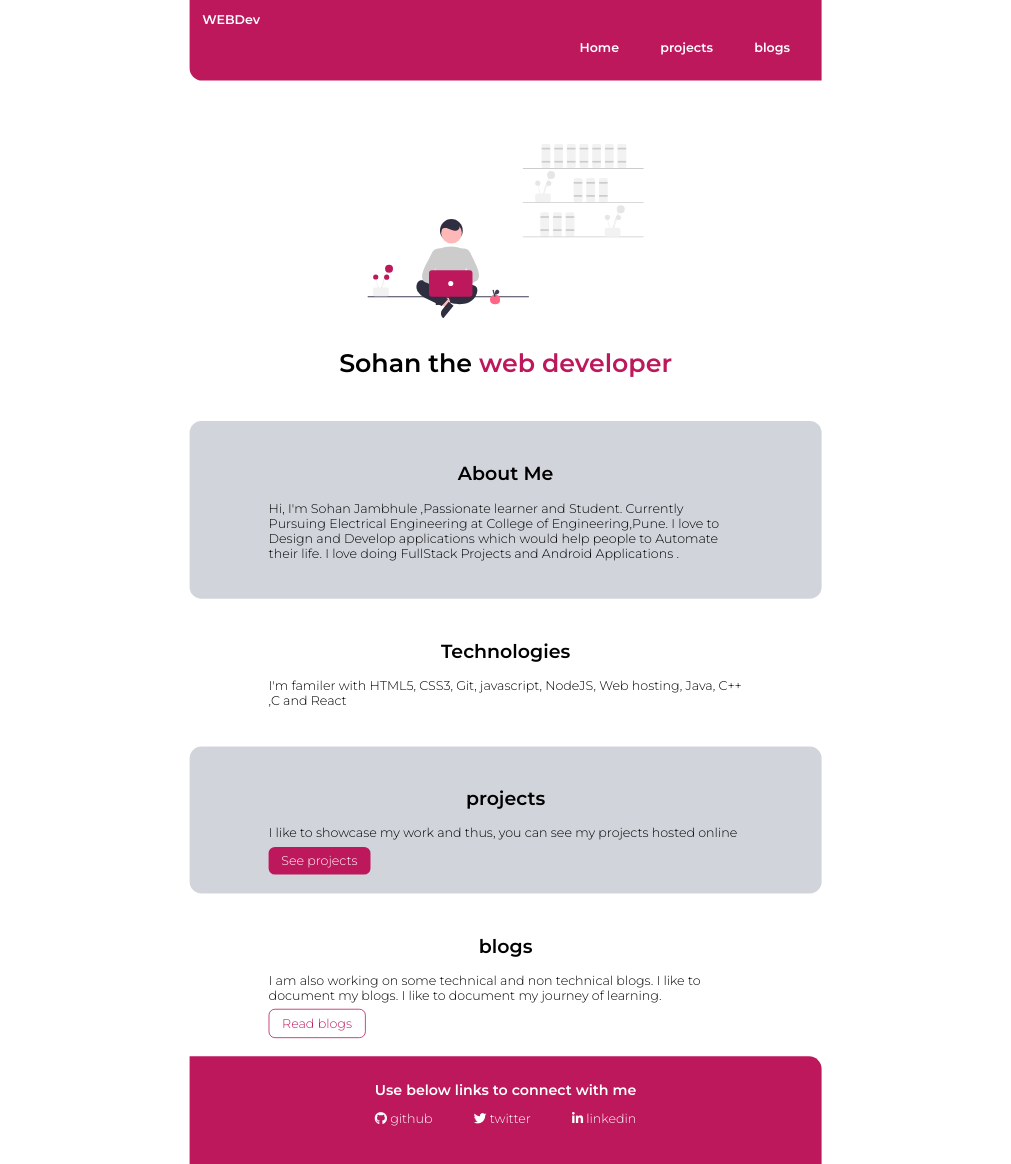
Repository: sohan2503001/Portfolio
Page: index.html
These files come from the project's save history. The page is drawn as it stood at one moment and after the next save; the edit follows.
The browser window is 1280 px wide. The pictures show the whole page, at 79% of full size.

Above is the page before, as saved 2021-04-22 01:20:29.

After the next save:
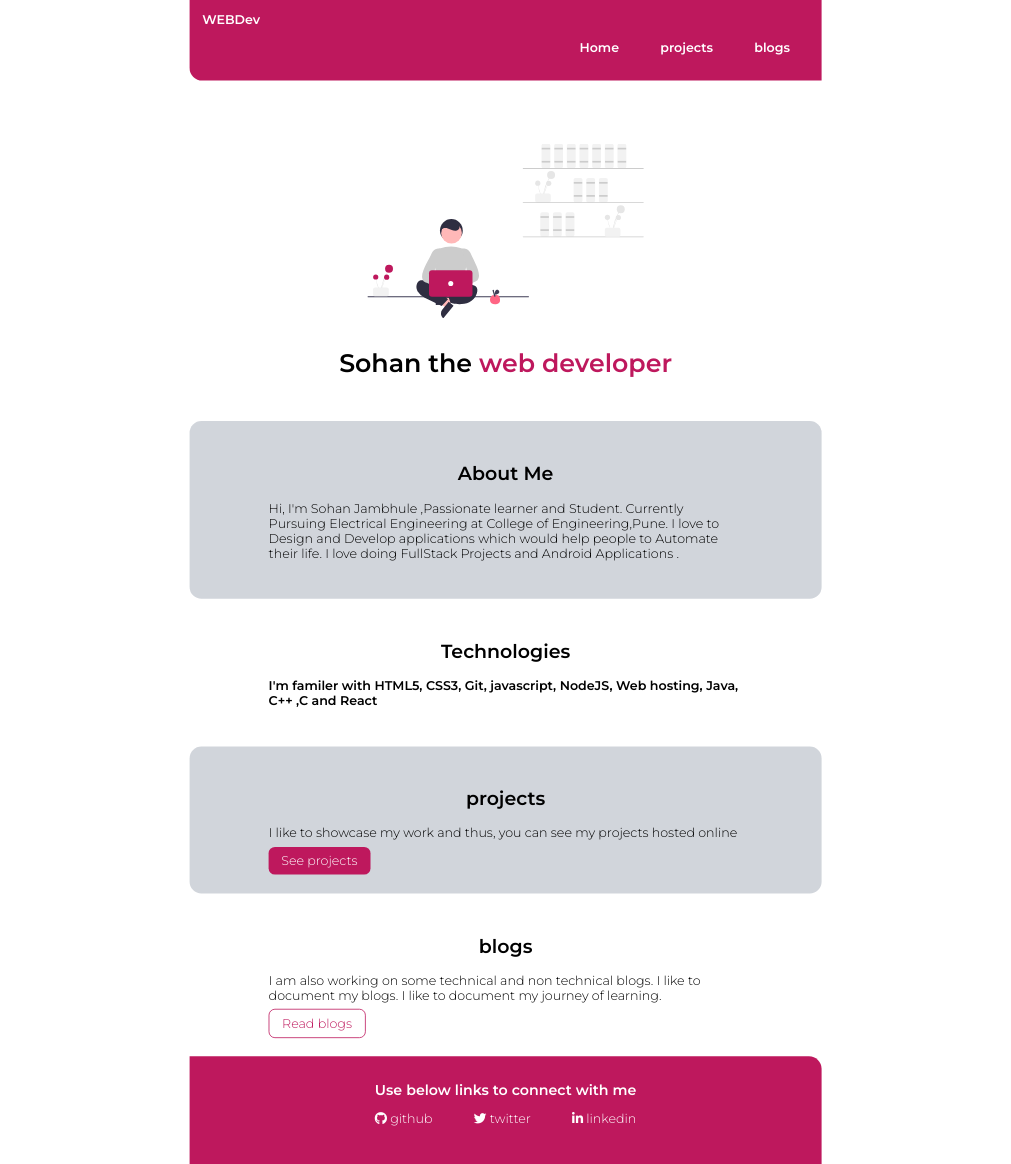
Saved 5 s later.
--- a/index.html
+++ b/index.html
@@ -50,7 +50,7 @@
   <section class="section">
     <div class="container container-center">
       <h1>Technologies</h1>
-      <p style="font-weight: 500;">
+      <p style="font-weight: 900;">
         I'm familer with HTML5, CSS3, Git, javascript, NodeJS, Web hosting,
         Java, C++ ,C and React
       </p>

After the 2 saves that followed:
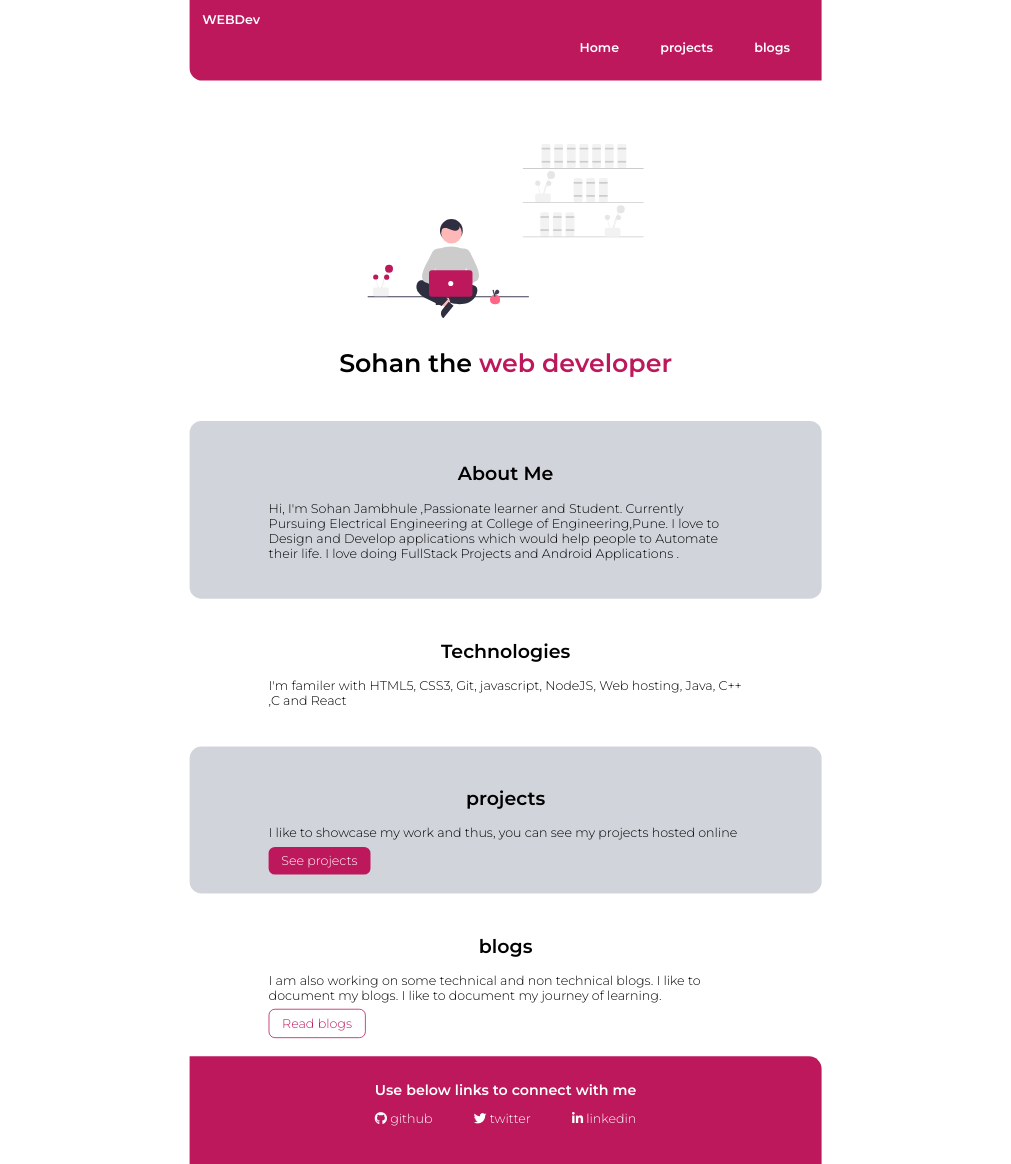
The 2 saves are shown as one change because 1 left the picture as it was.
The last was saved 11 s later.
--- a/index.html
+++ b/index.html
@@ -50,7 +50,7 @@
   <section class="section">
     <div class="container container-center">
       <h1>Technologies</h1>
-      <p style="font-weight: 900;">
+      <p style="font-weight: 00;">
         I'm familer with HTML5, CSS3, Git, javascript, NodeJS, Web hosting,
         Java, C++ ,C and React
       </p>
